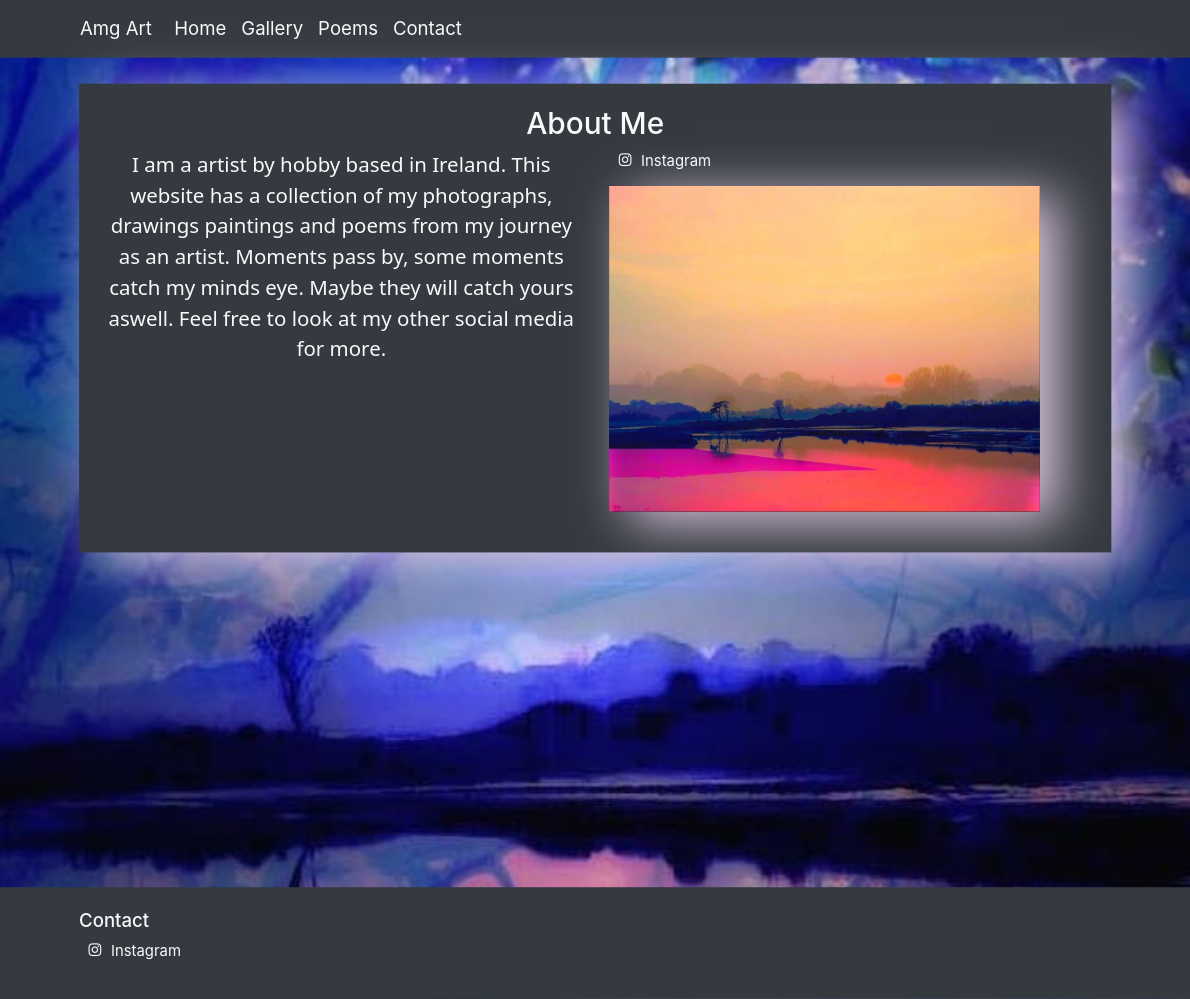
Repository: AllenGleeson/AmgArtGallery
Page: contact.html
The author's editor kept a record of every edit. The page is drawn from the files as they stood at one moment, then again after the next edit.
The browser window is 1280 px wide. The pictures show the whole page, at 93% of full size.

Above is the page before.

After the next edit:
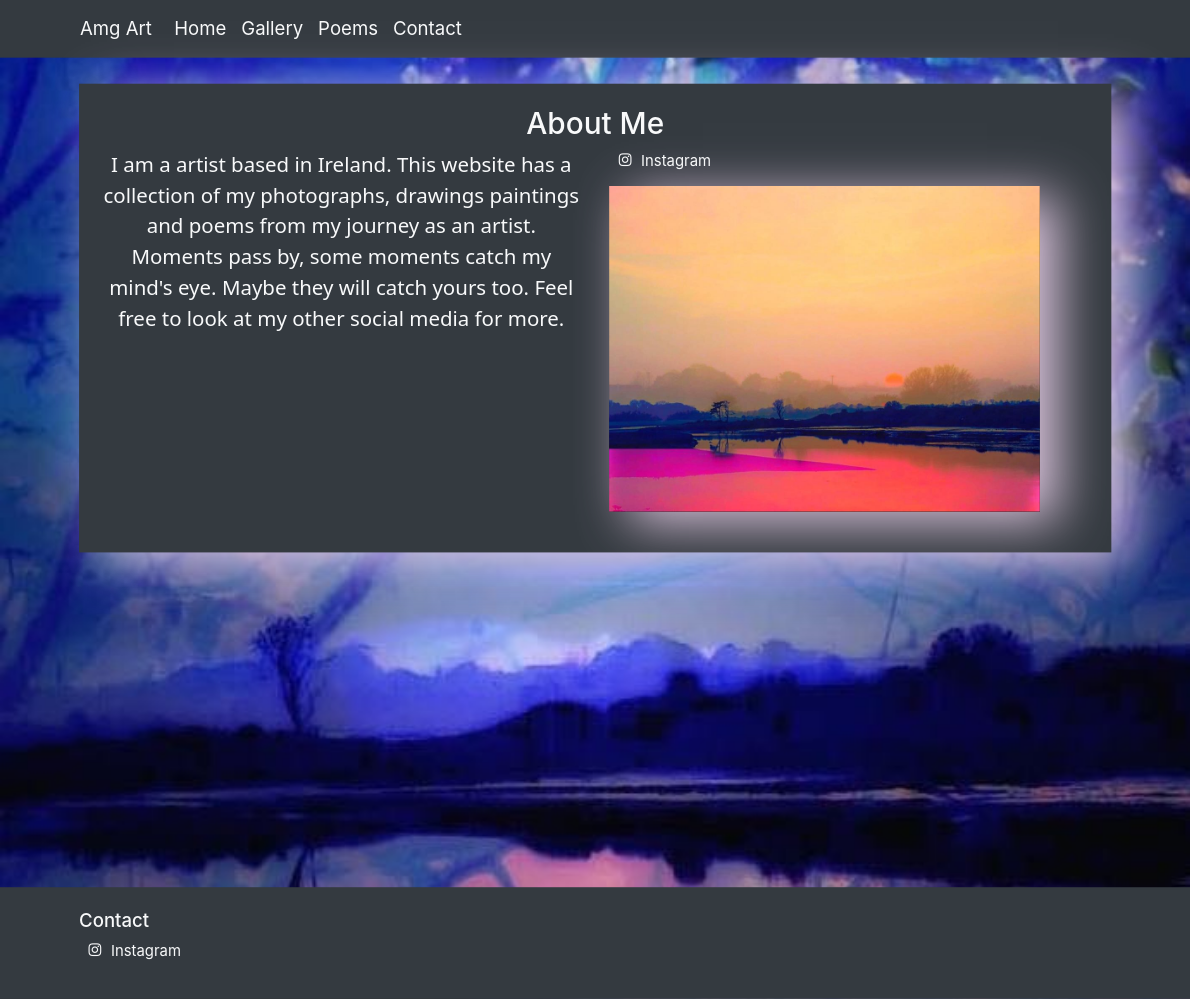
The edit:
--- a/contact.html
+++ b/contact.html
@@ -36,7 +36,7 @@
                 <div class="row">
                     <div class="col-sm-6 text-center text-light" id="aboutmeBio">
                         <p>
-                            I am a artist by hobby based in Ireland. This website has a collection of my photographs, drawings paintings and poems from my journey as an artist. Moments pass by, some moments catch my minds eye. Maybe they will catch yours aswell. Feel free to look
+                            I am a artist based in Ireland. This website has a collection of my photographs, drawings paintings and poems from my journey as an artist. Moments pass by, some moments catch my mind's eye. Maybe they will catch yours too. Feel free to look
                             at my other social media for more.
                         </p>
                     </div>
